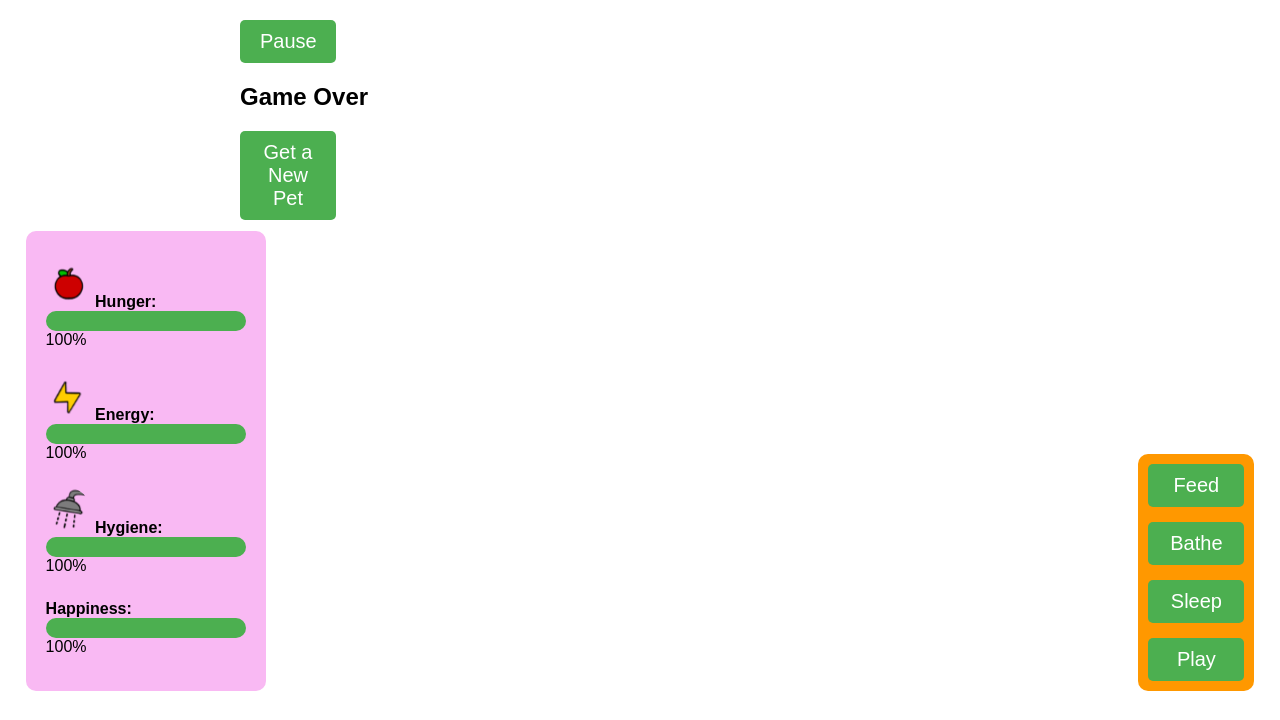
Repository: sarahjx/CapyCare
Page: html/index.html
An editor plug-in stored every save of this project. The page is shown before and after a run of saves, followed by the edit.
The browser window is 1280 px wide. The pictures show the whole page.
Some web fonts or font styles are not loaded; a fallback is used.

Above is the page before, as saved 2025-04-30 17:57:08.

### html/index.html
<!-- @format -->

<!DOCTYPE html>
<html lang="en">
  <head>
    <meta charset="UTF-8" />
    <meta name="viewport" content="width=device-width, initial-scale=1.0" />
    <title>Virtual Pet Game</title>
    <link rel="preconnect" href="https://fonts.googleapis.com">
    <link rel="preconnect" href="https://fonts.gstatic.com" crossorigin>
    <link href="https://fonts.googleapis.com/css2?family=McLaren&display=swap" rel="stylesheet">
    <link rel="stylesheet" href="../css/statusbar.css" />
  </head>
  <body>
    <div class="status-bar-container">

      <div class="status-bar">
        <span class="hunger-icon"><img src="../images/hunger.svg" alt="hunger icon"></span>
        <span class="status-label">Hunger:</span>
        <div class="status-progress">
          <div id="hunger-bar" class="status-fill" style="width: 100%"></div>
        </div>
        <span id="hunger-value">100%</span>
        <div id="hunger-warning" class="warning"></div>
      </div>

      <div class="status-bar">
        <span class="energy-icon"><img src="../images/energy.svg" alt="energy icon"></span>
        <span class="status-label">Energy:</span>
        <div class="status-progress">
          <div id="energy-bar" class="status-fill" style="width: 100%"></div>
        </div>
        <span id="energy-value">100%</span>
        <div id="energy-warning" class="warning"></div>
      </div>

      <div class="status-bar">
        <span class="hunger-icon"><img src="../images/hygiene.svg" alt="hunger icon"></span>
        <span class="status-label">Hygiene:</span>
        <div class="status-progress">
          <div id="hygiene-bar" class="status-fill" style="width: 100%"></div>
        </div>
        <span id="hygiene-value">100%</span>
        <div id="hygiene-warning" class="warning"></div>
      </div>

      <div class="status-bar">
        <span class="status-label">Happiness:</span>
        <div class="status-progress">
          <div id="happiness-bar" class="status-fill" style="width: 100%"></div>
        </div>
        <span id="happiness-value">100%</span>
        <div id="happiness-warning" class="warning"></div>
      </div>
    </div>

      <div class="action-buttons">

        <button onclick="feedPet(currentPet)">Feed</button>
        <button onclick="bathePet(currentPet)">Bathe</button>
        <button onclick="bedtime(currentPet)">Sleep</button>
        <button onclick="touchPet(currentPet)">Play</button>
      </div>
      <button id="pauseButton" onclick="togglePause()" class="pause-button">
        Pause
      </button>
    </div>

    <div id="gameOverScreen" class="game-over-screen">
      <div class="game-over-content">
        <h2>Game Over</h2>
        <p id="gameOverMessage"></p>
        <button onclick="resetGame()">Get a New Pet</button>
      </div>
    </div>

    <script src="../backend/status.js"></script>
  </body>
</html>

### css/statusbar.css
:root {
  --primary-color: #F9D9D9;
  --secondary-color: #D9E7F9;
  --tertiary-color: #FFF1FB;
  --accent-color: #F7EFD7;
  --text-color: #333;
  --spacing-xs: 0.5rem;
  --spacing-sm: 0.75rem;
  --spacing-md: 1rem;
  --spacing-lg: 1.5rem;
  --spacing-xl: 2rem;
  --spacing-xxl: 3rem;
  --font-family: 'McLaren', sans-serif;
  --font-size-xs: 0.75rem;
  --font-size-sm: 0.875rem;
  --font-size-md: 1rem;
  --font-size-lg: 1.125rem;
  --font-size-xl: 1.25rem;
  --font-size-xxl: 1.5rem;
}

body {
  font-family: var(--font-family);
  font-weight: 10;
  max-width: 800px;
  margin: 0 auto;
  padding: 20px;
  background-color: #ffffff;
}

.status-bar-container {
  position: fixed;
  background-color: rgb(249, 185, 243);
  padding: 20px;
  border-radius: 10px;
  display: inline-flex;
  flex-direction: column;
  bottom: 4%;
  left: 2%;
}

.status-bar {
  margin: 10px 0;
}

.status-label {
  display: inline-block;
  width: 100px;
  font-weight: bold;
}

.status-progress {
  width: 200px;
  height: 20px;
  background-color: #eee;
  border-radius: 10px;
  overflow: hidden;
}

.status-fill {
  height: 100%;
  background-color: #4caf50;
  transition: width 0.3s ease;
}

.action-buttons {
  margin-top: 20px;
  display: inline-flex;
  flex-direction: column;
  padding: 10px;
  border-radius: 10px;
  gap: 15px;
  background-color: #ff9800;
  position: fixed;
  right: 2%;
  bottom: 4%;

}


button {
  padding: 10px 20px;
  border: none;
  border-radius: 5px;
  background-color: #4caf50;
  color: white;
  cursor: pointer;
  transition: background-color 0.3s;
  width: 6rem;
  font-family: var(--font-family);
  font-weight: 7pt;
  font-size: var(--font-size-xl);

}

button:hover {
  background-color: #45a049;
}

.warning {
  color: #ff9800;
  font-weight: bold;
  margin-top: 5px;
}

.critical {
  color: #f44336;
  font-weight: bold;
  margin-top: 5px;
}

### backend/status.js
/** @format */

function Personality(favFood, active, clean, clingy, foodLover, introText) {
  this.favFood = favFood;
  this.active = active;
  this.clean = clean;
  this.clingy = clingy;
  this.foodLover = foodLover;
  this.intro = introText;
}

const mix1 = new Personality(
  "Sunfruit",
  true,
  true,
  true,
  true,
  "This pet is energetic and playful, always ready to explore or play. They love the taste of Sunfruit and will happily eat it when offered, but they'll need constant attention, so expect lots of petting and cuddling. Despite their active nature, they stay clean and are easy to bathe. This pet loves affection and will return it in kind!"
);
const mix2 = new Personality(
  "Snakberry",
  true,
  true,
  false,
  true,
  "This pet is full of energy and loves to make the most of their days. They are particularly fond of Snakberries, which they will devour happily, but they tend to get hungry more often due to their high energy levels. Despite their active nature, they keep themselves clean and are easy to bathe. They're not overly clingy, so while they'll happily spend time with you, they won't be demanding affection constantly."
);
const mix3 = new Personality(
  "Dreamleaf",
  false,
  false,
  true,
  false,
  "This pet is laid-back and enjoys spending time with you, always seeking your company. They love Dreamleaf as a treat, but they're not particularly food-driven and don't get hungry as often. While they may get a little dirty from time to time, they tend to move around when you try to bathe them. Expect them to seek out your attention frequently, and be ready to shower them with love when they come to you for pets."
);

const personalities = [mix1, mix2, mix3];

// Global variable to store current pet
let currentPet = null;

// Store interval IDs globally
let hungerInterval = null;
let energyInterval = null;
let hygieneInterval = null;
let happinessInterval = null;

let isGameOver = false;

function getRandomPersonality() {
  const randomIndex = Math.floor(Math.random() * personalities.length);
  currentPet = personalities[randomIndex];
  console.log("New pet initialized:", currentPet.intro);
  return currentPet;
}

let hunger = 100;
let energy = 100;
let hygiene = 100;
let happiness = 100;

// Personality-based status decrease functions
function decreaseHunger() {
  if (!currentPet || isGameOver) return;

  // Food lovers get hungry faster
  const decreaseAmount = currentPet.foodLover ? 15 : 10;
  if (hunger <= 0) {
    hunger = 0;
    if (checkGameOver()) return;
  } else if (hunger > 0) {
    hunger -= decreaseAmount;
    if (checkGameOver()) return;
  }
  console.log("Hunger: " + hunger);
  warning();
}

function decreaseEnergy() {
  if (!currentPet || isGameOver) return;

  // Active pets lose energy faster
  const decreaseAmount = currentPet.active ? 15 : 10;
  if (energy <= 0) {
    energy = 0;
    if (checkGameOver()) return;
  } else if (energy > 0) {
    energy -= decreaseAmount;
    if (checkGameOver()) return;
  }
  console.log("Energy: " + energy);
  warning();
}

function decreaseHygiene() {
  if (!currentPet || isGameOver) return;

  // Clean pets lose hygiene slower
  const decreaseAmount = currentPet.clean ? 8 : 12;
  if (hygiene <= 0) {
    hygiene = 0;
    if (checkGameOver()) return;
  } else if (hygiene > 0) {
    hygiene -= decreaseAmount;
    if (checkGameOver()) return;
  }
  console.log("Hygiene: " + hygiene);
  warning();
}

function decreaseHappiness() {
  if (!currentPet || isGameOver) return;

  // Clingy pets lose happiness faster when not attended to
  const decreaseAmount = currentPet.clingy ? 15 : 10;
  if (happiness <= 0) {
    happiness = 0;
    if (checkGameOver()) return;
  } else if (happiness > 0) {
    happiness -= decreaseAmount;
    if (checkGameOver()) return;
  }
  console.log("Happiness: " + happiness);
  warning();
}

// Update intervals with personality-based timing
function updateIntervals() {
  // Clear any existing intervals
  if (hungerInterval) clearInterval(hungerInterval);
  if (energyInterval) clearInterval(energyInterval);
  if (hygieneInterval) clearInterval(hygieneInterval);
  if (happinessInterval) clearInterval(happinessInterval);

  // Set new intervals based on personality
  hungerInterval = setInterval(
    () => {
      decreaseHunger();
      warning();
    },
    currentPet.foodLover ? 6000 : 8000
  );

  energyInterval = setInterval(
    () => {
      decreaseEnergy();
      warning();
    },
    currentPet.active ? 8000 : 12000
  );

  hygieneInterval = setInterval(
    () => {
      decreaseHygiene();
      warning();
    },
    currentPet.clean ? 18000 : 15000
  );

  happinessInterval = setInterval(
    () => {
      decreaseHappiness();
      warning();
    },
    currentPet.clingy ? 8000 : 10000
  );

  console.log("Intervals updated for pet:", currentPet.intro);
}

// Pause game function
function pauseGame() {
  if (hungerInterval) clearInterval(hungerInterval);
  if (energyInterval) clearInterval(energyInterval);
  if (hygieneInterval) clearInterval(hygieneInterval);
  if (happinessInterval) clearInterval(happinessInterval);
  console.log("Game paused");
}

// Resume game function
function resumeGame() {
  updateIntervals();
  console.log("Game resumed");
}

// Initialize with a random pet and start intervals
currentPet = getRandomPersonality();
updateIntervals();

function touchPet(personality) {
  if (personality.clingy) {
    gainStatus("happiness");
    console.log("Your pet loves the attention!");
  } else {
    loseStatus("happiness");
    console.log("Your pet prefers their space.");
  }
}

function feedPet(personality) {
  gainStatus("hunger"); // Always increase hunger
  if (personality.foodLover) {
    gainStatus("happiness");
    console.log("Your pet loves the food!");
  } else {
    loseStatus("happiness");
    console.log("Your pet isn't very interested in food.");
  }
}

function bathePet(personality) {
  gainStatus("hygiene"); // Always increase hygiene
  if (personality.clean) {
    gainStatus("happiness");
    console.log("Your pet enjoys being clean!");
  } else {
    loseStatus("happiness");
    console.log("Your pet doesn't like baths.");
  }
}

function bedtime(personality) {
  gainStatus("energy"); // Always increase energy
  if (personality.active) {
    loseStatus("happiness");
    console.log("Your pet is too energetic to sleep!");
  } else {
    gainStatus("happiness");
    console.log("Your pet enjoys resting.");
  }
}

function gainStatus(category) {
  switch (category) {
    case "hunger":
      if (hunger >= 100) {
        console.log("Hunger is full!");
      } else if (hunger < 100) {
        hunger += 10;
        console.log("Hunger: " + hunger);
      }
      break;
    case "energy":
      if (energy >= 100) {
        console.log("Energy is full!");
      } else if (energy < 100) {
        energy += 10;
        console.log("Energy: " + energy);
      }
      break;
    case "hygiene":
      if (hygiene >= 100) {
        console.log("Hygiene is full!");
      } else if (hygiene < 100) {
        hygiene += 10;
        console.log("Hygiene: " + hygiene);
      }
      break;
    case "happiness":
      if (happiness >= 100) {
        console.log("Happiness is full!");
      } else if (happiness < 100) {
        happiness += 10;
        console.log("Happiness: " + happiness);
      }
      break;
    default:
      console.log("Invalid category");
  }
}

function loseStatus(category) {
  switch (category) {
    case "hunger":
      if (hunger <= 0) {
        console.log("Hunger is empty!");
        hunger = 0;
      } else if (hunger > 0) {
        hunger -= 10;
        console.log("Hunger: " + hunger);
      }
      break;
    case "energy":
      if (energy <= 0) {
        console.log("Energy is empty!");
        energy = 0;
      } else if (energy > 0) {
        energy -= 10;
        console.log("Energy: " + energy);
      }
      break;
    case "hygiene":
      if (hygiene <= 0) {
        console.log("Hygiene is empty!");
        hygiene = 0;
      } else if (hygiene > 0) {
        hygiene -= 10;
        console.log("Hygiene: " + hygiene);
      }
      break;
    case "happiness":
      if (happiness <= 0) {
        console.log("Happiness is empty!");
        happiness = 0;
      } else if (happiness > 0) {
        happiness -= 10;
        console.log("Happiness: " + happiness);
      }
      break;
    default:
      console.log("Invalid category");
  }
}

function warning() {
  // Hunger warnings
  if (hunger <= 50 && hunger > 20) {
    document.getElementById("hunger-warning").textContent =
      "Your pet is getting hungry!";
    document.getElementById("hunger-warning").className = "warning";
  } else if (hunger <= 20 && hunger > 0) {
    document.getElementById("hunger-warning").textContent =
      "Your pet is starving!";
    document.getElementById("hunger-warning").className = "critical";
  } else {
    document.getElementById("hunger-warning").textContent = "";
  }

  // Energy warnings
  if (energy <= 50 && energy > 20) {
    document.getElementById("energy-warning").textContent =
      "Your pet is getting tired!";
    document.getElementById("energy-warning").className = "warning";
  } else if (energy <= 20 && energy > 0) {
    document.getElementById("energy-warning").textContent =
      "Your pet is exhausted!";
    document.getElementById("energy-warning").className = "critical";
  } else {
    document.getElementById("energy-warning").textContent = "";
  }

  // Hygiene warnings
  if (hygiene <= 50 && hygiene > 20) {
    document.getElementById("hygiene-warning").textContent =
      "Your pet needs a bath!";
    document.getElementById("hygiene-warning").className = "warning";
  } else if (hygiene <= 20 && hygiene > 0) {
    document.getElementById("hygiene-warning").textContent =
      "Your pet is filthy!";
    document.getElementById("hygiene-warning").className = "critical";
  } else {
    document.getElementById("hygiene-warning").textContent = "";
  }

  // Happiness warnings
  if (happiness <= 50 && happiness > 20) {
    document.getElementById("happiness-warning").textContent =
      "Your pet is getting sad!";
    document.getElementById("happiness-warning").className = "warning";
  } else if (happiness <= 20 && happiness > 0) {
    document.getElementById("happiness-warning").textContent =
      "Your pet is depressed!";
    document.getElementById("happiness-warning").className = "critical";
  } else {
    document.getElementById("happiness-warning").textContent = "";
  }
}

function checkGameOver() {
  if (hunger <= 0 || energy <= 0 || hygiene <= 0 || happiness <= 0) {
    isGameOver = true;
    pauseGame();
    showGameOver();
    return true;
  }
  return false;
}

function showGameOver() {
  let reason = "";
  if (hunger <= 0) reason = "Your pet starved to death!";
  else if (energy <= 0) reason = "Your pet died from exhaustion!";
  else if (hygiene <= 0) reason = "Your pet died from poor hygiene!";
  else if (happiness <= 0) reason = "Your pet died from sadness!";

  console.log("GAME OVER: " + reason);
  document.getElementById("gameOverMessage").textContent = reason;
  document.getElementById("gameOverScreen").style.display = "flex";
}

function resetGame() {
  isGameOver = false;
  hunger = 70;
  energy = 70;
  hygiene = 70;
  happiness = 70;
  document.getElementById("gameOverScreen").style.display = "none";
  currentPet = getRandomPersonality();
  updateStatusBars();
  updateIntervals();
}

let isPaused = false;

      function togglePause() {
        isPaused = !isPaused;
        const pauseButton = document.getElementById("pauseButton");
        const buttons = document.querySelectorAll(
          ".buttons button:not(#pauseButton)"
        );

        if (isPaused) {
          pauseButton.textContent = "Resume";
          pauseButton.classList.add("paused");
          buttons.forEach((button) => (button.disabled = true));
          pauseGame();
        } else {
          pauseButton.textContent = "Pause";
          pauseButton.classList.remove("paused");
          buttons.forEach((button) => (button.disabled = false));
          resumeGame();
        }
      }

      // Update status bars
      function updateStatusBars() {
        document.getElementById("hunger-bar").style.width = hunger + "%";
        document.getElementById("energy-bar").style.width = energy + "%";
        document.getElementById("hygiene-bar").style.width = hygiene + "%";
        document.getElementById("happiness-bar").style.width = happiness + "%";

        document.getElementById("hunger-value").textContent = hunger + "%";
        document.getElementById("energy-value").textContent = energy + "%";
        document.getElementById("hygiene-value").textContent = hygiene + "%";
        document.getElementById("happiness-value").textContent =
          happiness + "%";
      }

      // Override console.log to update UI
      const originalConsoleLog = console.log;
      console.log = function () {
        originalConsoleLog.apply(console, arguments);
        updateStatusBars();
      };

      // Initial update
      updateStatusBars();

After the next 4 saves:
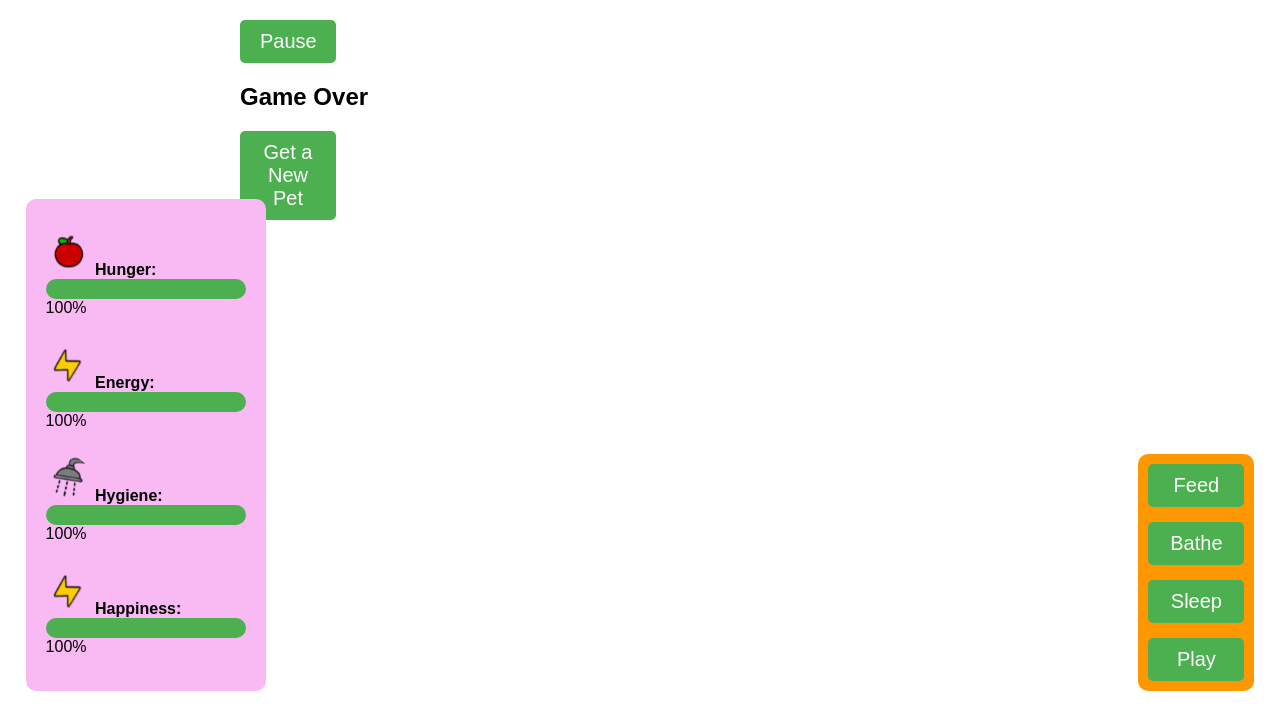
The 4 saves are shown as one change because they came seconds apart.
The last was saved 14 s later.
--- a/html/index.html
+++ b/html/index.html
@@ -35,7 +35,7 @@
       </div>
 
       <div class="status-bar">
-        <span class="hunger-icon"><img src="../images/hygiene.svg" alt="hunger icon"></span>
+        <span class="hygiene-icon"><img src="../images/hygiene.svg" alt="hygiene icon"></span>
         <span class="status-label">Hygiene:</span>
         <div class="status-progress">
           <div id="hygiene-bar" class="status-fill" style="width: 100%"></div>
@@ -45,6 +45,7 @@
       </div>
 
       <div class="status-bar">
+        <span class="hunger-icon"><img src="../images/energy.svg" alt="hunger icon"></span>
         <span class="status-label">Happiness:</span>
         <div class="status-progress">
           <div id="happiness-bar" class="status-fill" style="width: 100%"></div>
@@ -55,7 +56,6 @@
     </div>
 
       <div class="action-buttons">
-
         <button onclick="feedPet(currentPet)">Feed</button>
         <button onclick="bathePet(currentPet)">Bathe</button>
         <button onclick="bedtime(currentPet)">Sleep</button>
